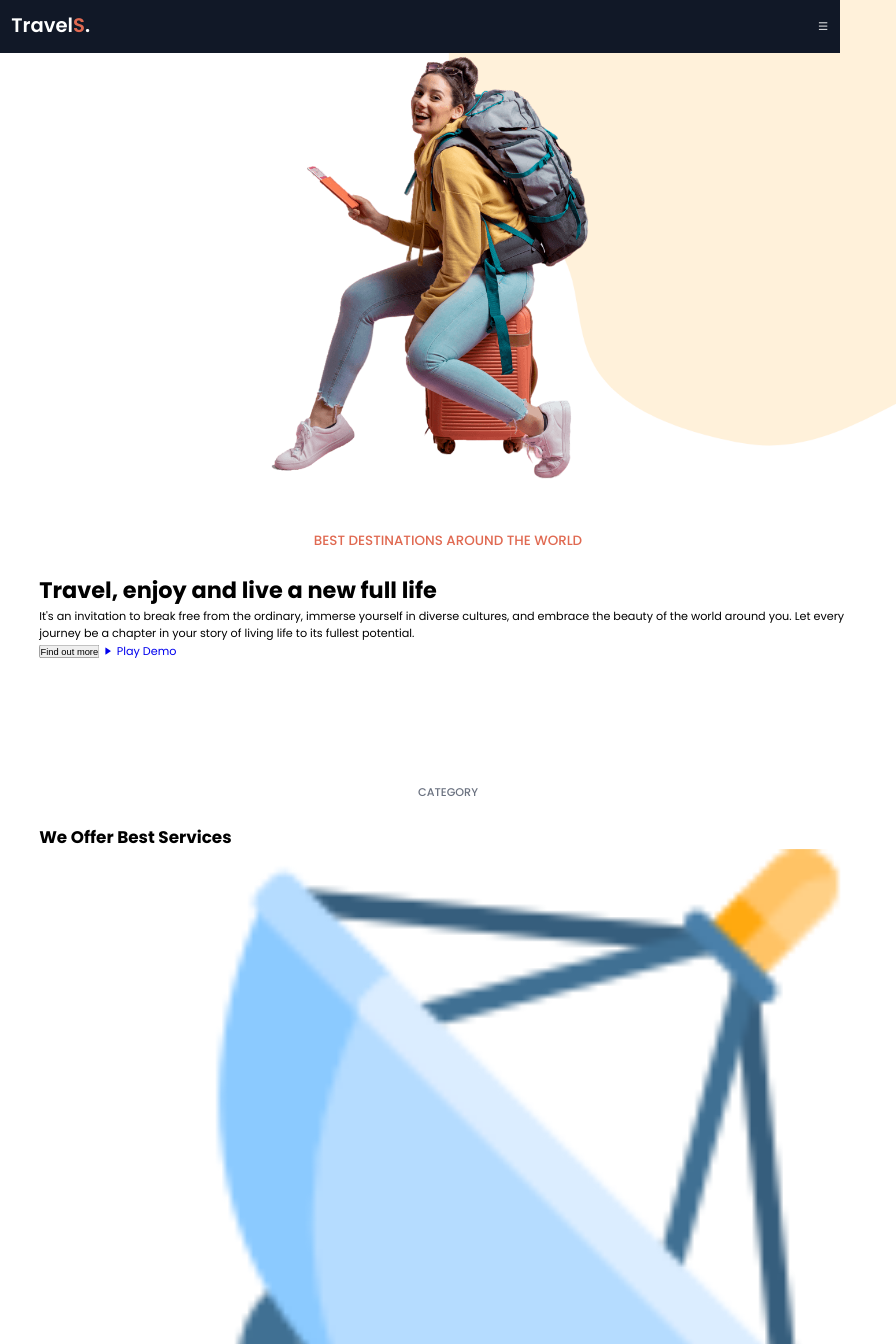
Repository: ntandomagana/travel-website
Page: index.html
These files come from the project's save history. The page is drawn as it stood at one moment and after a run of saves; the edit follows.
The browser window is 1280 px wide. The pictures show the part of the page from y = 0 to 1920 px (the page is 11064 px tall before and 11741 px after), at 70% of full size.

Above is the page before, as saved 2024-05-07 09:30:42.

After the next 2 saves:
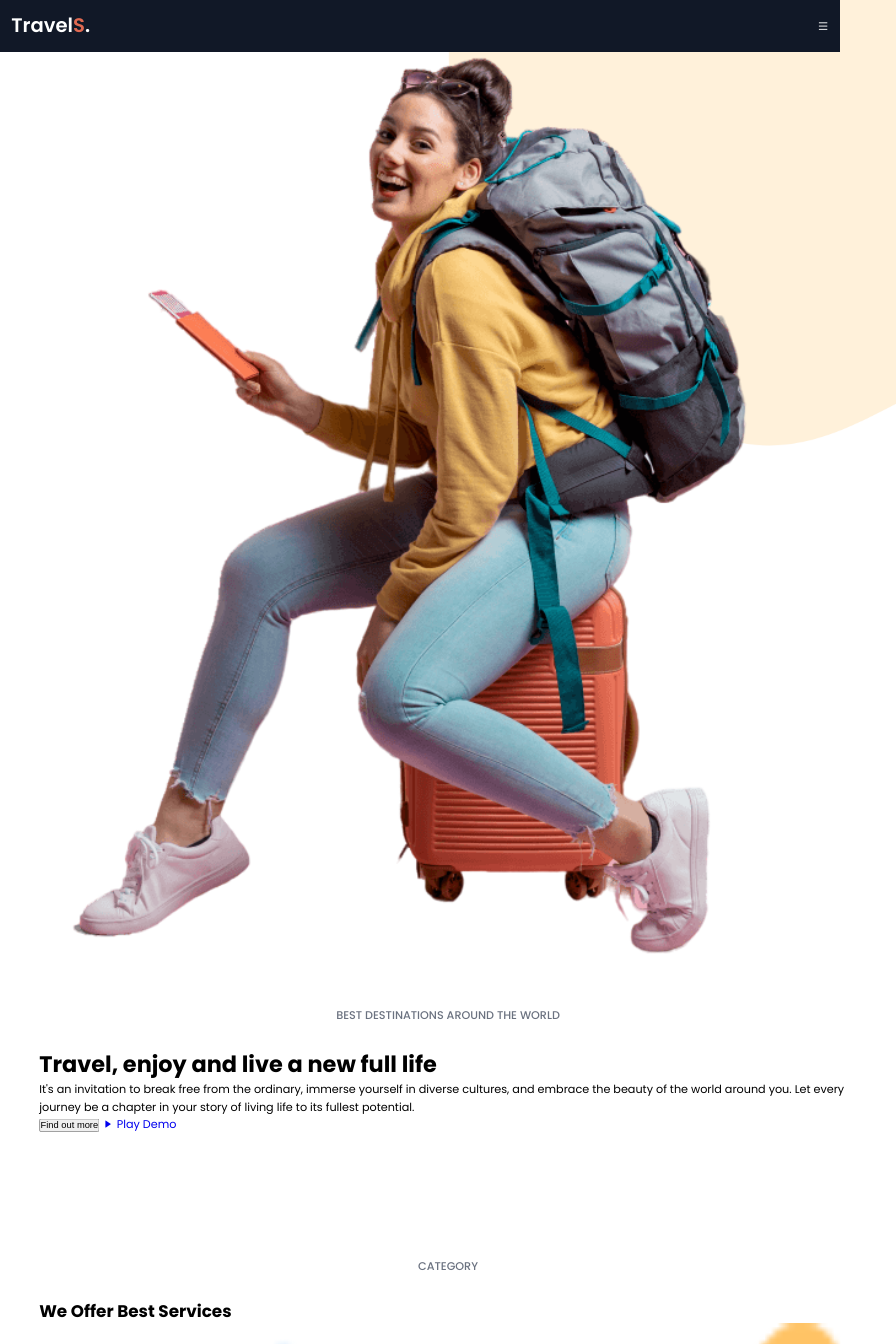
The 2 saves are shown as one change because they came seconds apart.
The last was saved 46 s later.
--- a/style.css
+++ b/style.css
@@ -87,23 +87,6 @@
     color: var(--primary-color);
 }
 
-.header-container {
-    display: grid;
-    gap: 2rem;
-    overflow: hidden;
-}
-
-.header-image img {
-    max-width: 550px;
-    margin-inline: auto;
-}
-
-.header-content .section-subheader {
-    font-size: 1.2rem;
-    color: var(--primary-color);
-}
-
-
 
 .section-container {
   max-width: var(--max-width);

After the save that followed:
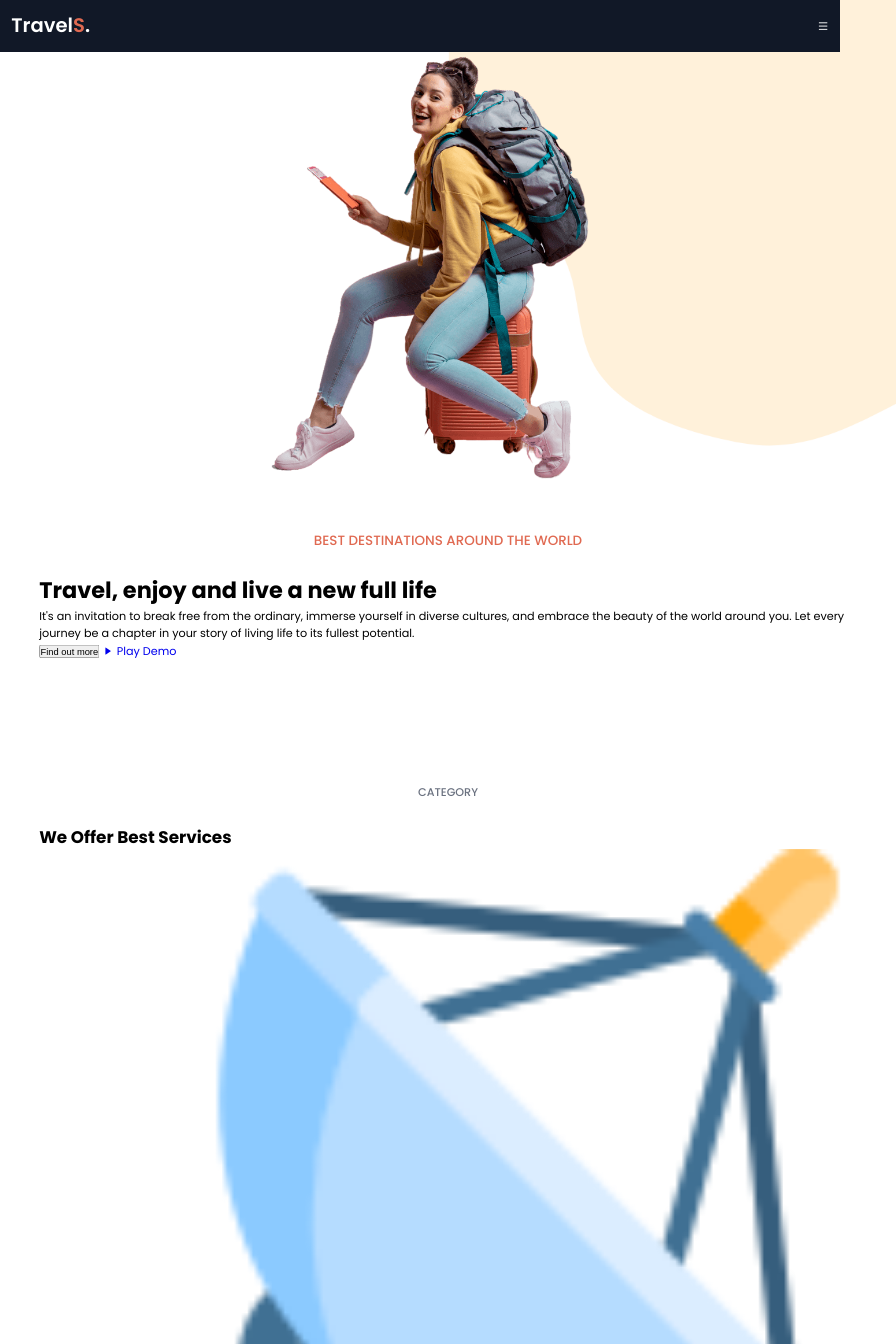
Saved 4 s later.
--- a/style.css
+++ b/style.css
@@ -126,3 +126,19 @@
 ul {
     list-style: none;
 }
+
+.header-container {
+    display: grid;
+    gap: 2rem;
+    overflow: hidden;
+}
+
+.header-image img {
+    max-width: 550px;
+    margin-inline: auto;
+}
+
+.header-content .section-subheader {
+    font-size: 1.2rem;
+    color: var(--primary-color);
+}
